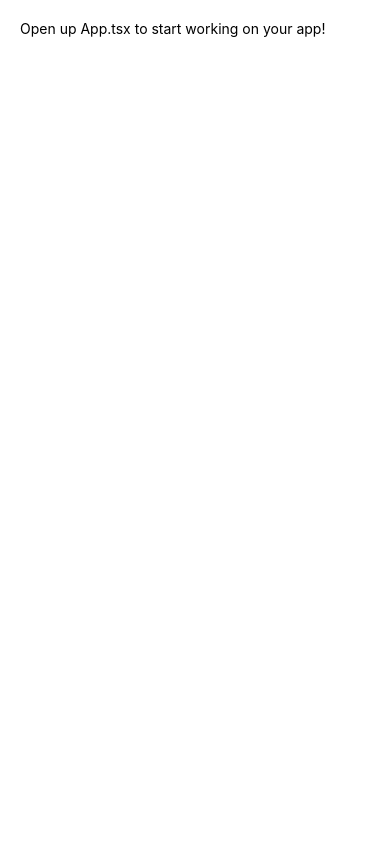
Repository: sonnke/imageResizer
Screen: /
These files come from the project's save history. The screen is drawn as it stood at one moment and after the next save; the edit follows.
The app was drawn by React Native's web renderer in a window 390 px wide. The project was rebuilt for these pictures with package versions that can differ from the ones it lists, and the page was loaded fresh each time.

Above is the screen before, as saved 2020-02-02 12:06:19.

After the next save:
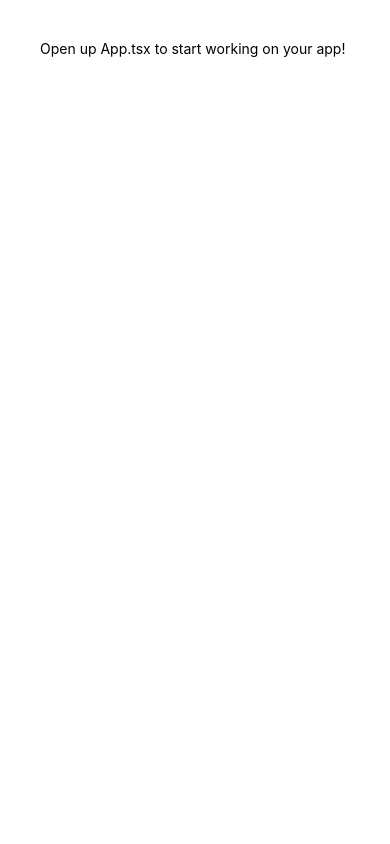
Saved 9 s later.
--- a/App.tsx
+++ b/App.tsx
@@ -4,7 +4,7 @@ import styled from 'styled-components/native';
 
 const MainContainer = styled.View`
   flex: 1;
-  padding: 20px;
+  padding: 40px;
 `;
 
 export default function App() {
